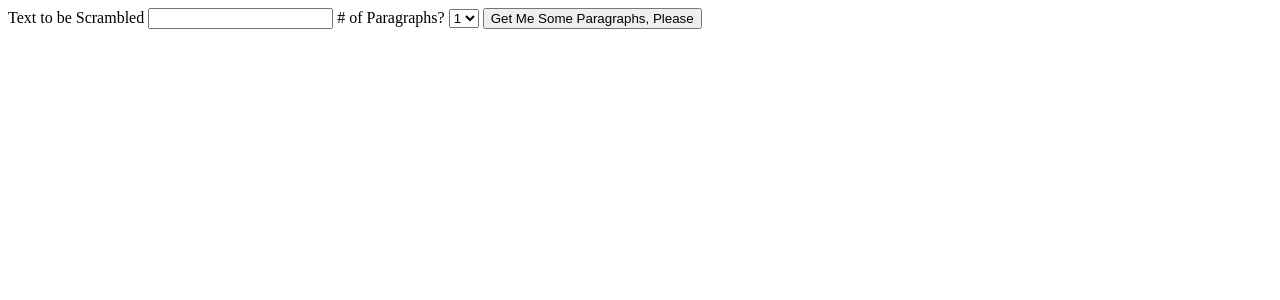
Repository: sunkim96/cosw30
Page: homework/homework4/quote.html
The author's editor kept a record of every edit. The page is drawn from the files as they stood at one moment, then again after the next edit.
The browser window is 1280 px wide. The pictures show the whole page.

Above is the page before.

After the next edit:
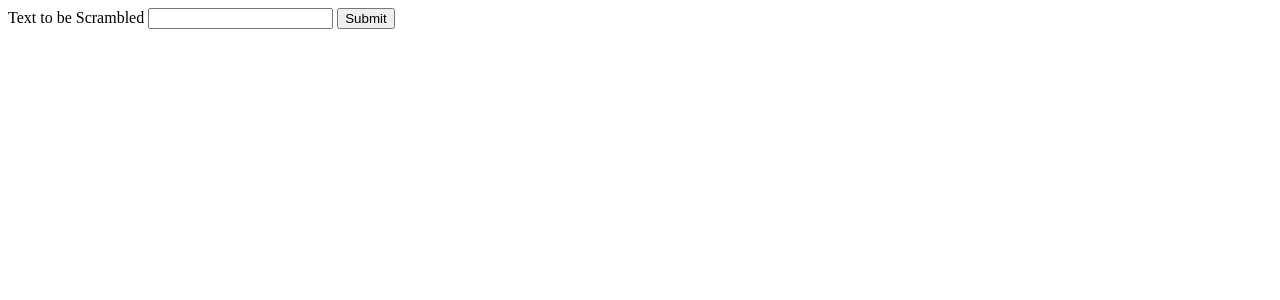
The edit:
--- a/homework/homework4/quote.html
+++ b/homework/homework4/quote.html
@@ -10,16 +10,10 @@
             <label for="">Text to be Scrambled</label>
             <input type="text" id="text" name="text">
 
-            <label for=""># of Paragraphs?</label>
-            <select id="paragraphs" name="paragraphs">
-                <option value="1">1</option>
-                <option value="2">2</option>
-                <option value="3">3</option>
-                <option value="4">4</option>
-                <option value="5">5</option>
+
 
             </select>
-            <button>Get Me Some Paragraphs, Please</button>
+            <button>Submit</button>
 
 
 
